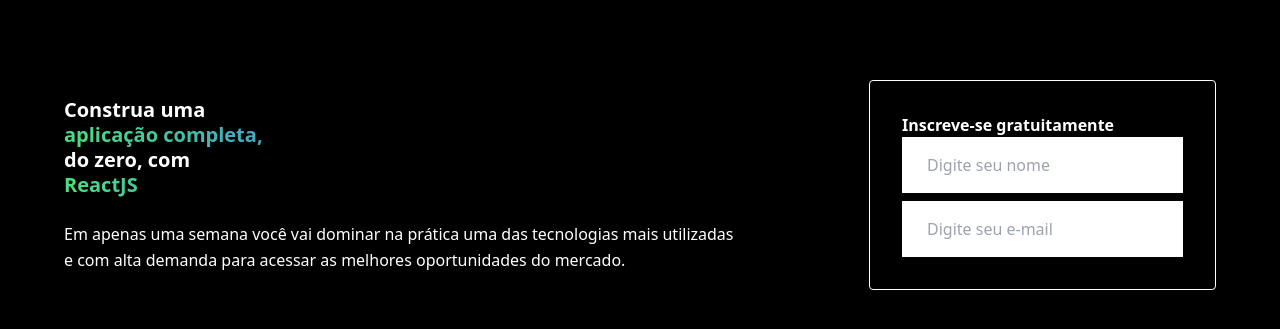
Repository: LuisSempre/Ignite-Lab---ReactJs-2022
Page: /
These files come from the project's save history. The page is drawn as it stood at one moment and after the next save; the edit follows.
The browser window is 1280 px wide. The pictures show the whole page.
The project was rebuilt for these pictures with package versions that can differ from the ones it lists, and the page was loaded fresh each time. Also part of the build but not shown: vite.config.ts, components/Header.tsx, components/Lesson.tsx, components/Sidebar.tsx, pages/Event.tsx. Imported but missing from the stored project, and not drawn on this page: components/Video.

Above is the page before, as saved 2022-06-24 23:52:11.

### index.html
<!DOCTYPE html>
<html lang="en">
  <head>
    <meta charset="UTF-8" />
    <link rel="icon" type="image/svg+xml" href="/src/icon.png" />
    <meta name="viewport" content="width=device-width, initial-scale=1.0" />
    <title>Vite App</title>
  </head>
  <body>
    <div id="root"></div>
    <script type="module" src="/src/main.tsx"></script>
  </body>
</html>

### src/main.tsx
import React from 'react'
import ReactDOM from 'react-dom/client'
import App from './App'
import './index.css'

ReactDOM.createRoot(document.getElementById('root')!).render(
  <React.StrictMode>
      <App />
  </React.StrictMode>
)

### src/App.tsx
import { ApolloProvider, gql, useQuery } from "@apollo/client"
import { Router } from "../Router"
import { client } from '../lib/apollo'
import { BrowserRouter } from "react-router-dom"

function App() {
  return (
    <ApolloProvider client={client}>
      <BrowserRouter>
        <Router />
      </BrowserRouter>
    </ApolloProvider>
  )
}

export default App

### Router.tsx
import { Route, Routes } from "react-router-dom";
import { Event } from './pages/Event'
import { Subscribe } from './pages/Subscribe'
export function Router() {
    return(
      <Routes>
           <Route path="/" element={<Subscribe />}/>
           <Route path="/event" element={<Event />}/>
           <Route path="/event/lesson/:slug" element={<Event />}/>
      </Routes>
    )
}

### lib/apollo.ts
import { ApolloClient, InMemoryCache } from "@apollo/client";

export const client = new ApolloClient({
  uri: 'https://api-sa-east-1.graphcms.com/v2/cl4n4k5w68h3x01yra00r5rzf/master',
  cache: new InMemoryCache(),
})

### pages/Subscribe.tsx
export function Subscribe() {

    return (
        <div className='flex flex-col items-center min-h-screen'>
            <div className="flex items-center justify-between w-full max-w-6xl mx-auto mt-20">
                <div className="max-w-2xl">
                    <h1 className="mb-6 text-xl font-extrabold leading-tight">
                        Construa uma&nbsp;
                         <span className="block w-full text-transparent bg-clip-text bg-gradient-to-r from-green-400 via-blue-500 to-purple-500">
                            aplicação completa,&nbsp;
                        </span>
                        do zero, com&nbsp;
                         <span className="block w-full text-transparent bg-clip-text bg-gradient-to-r from-green-400 via-blue-500 to-purple-500">
                             ReactJS
                        </span>
                    </h1>
                    <p className="leading-relaxed">
                        Em apenas uma semana você vai dominar na prática uma das tecnologias mais utilizadas e com alta demanda para acessar as melhores oportunidades do mercado.
                    </p>
                </div>
                <div className="p-8 border border-white rounded">
                    <strong>Inscreve-se gratuitamente</strong>
                    <form action="" className="flex flex-col w-full gap-2">
                        <input className="px-6 border border-white h-14" type="text" placeholder="Digite seu nome"/>
                        <input className="px-6 border border-white h-14" type="text" placeholder="Digite seu e-mail"/>
                    </form>
                </div>
            </div>
        </div>
    )
}

Loaded but not shown: src/index.css (common file); tailwind.config.js (common file)

After the next save:
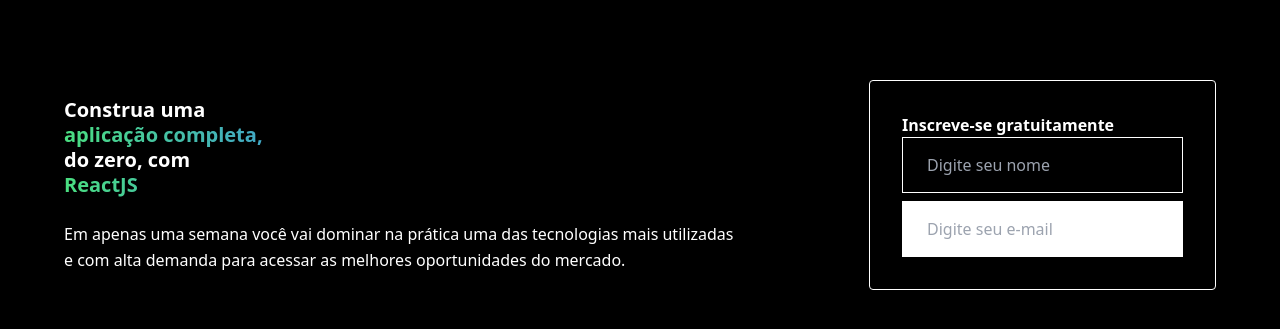
Saved 16 s later.
--- a/pages/Subscribe.tsx
+++ b/pages/Subscribe.tsx
@@ -21,7 +21,7 @@
                 <div className="p-8 border border-white rounded">
                     <strong>Inscreve-se gratuitamente</strong>
                     <form action="" className="flex flex-col w-full gap-2">
-                        <input className="px-6 border border-white h-14" type="text" placeholder="Digite seu nome"/>
+                        <input className="px-6 bg-black border border-white h-14" type="text" placeholder="Digite seu nome"/>
                         <input className="px-6 border border-white h-14" type="text" placeholder="Digite seu e-mail"/>
                     </form>
                 </div>
